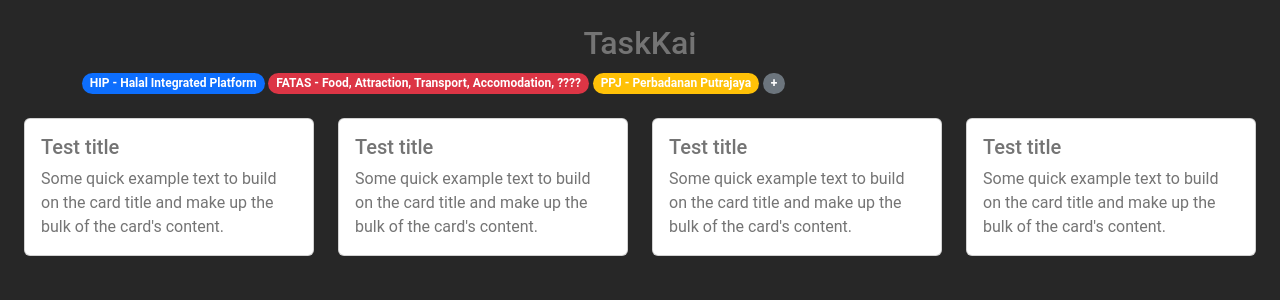
Repository: faizhakimi99/TaskKai
Page: src/views/index.html
These files come from the project's save history. The page is drawn as it stood at one moment and after the next save; the edit follows.
The browser window is 1280 px wide. The pictures show the whole page.

Above is the page before, as saved 2025-01-27 12:42:37.

After the next save:
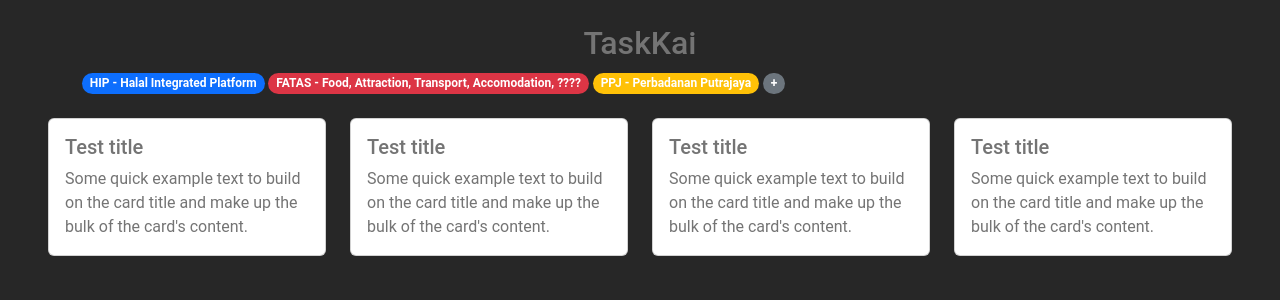
Saved 8 s later.
--- a/src/views/index.html
+++ b/src/views/index.html
@@ -30,7 +30,7 @@
         </div>
     </div>
 
-    <div id="kanban-project" class="mt-4 mx-4">
+    <div id="kanban-project" class="mt-4 mx-5">
         <div class="row">
             <div class="col-lg-3">
                 <div class="card h-100">
